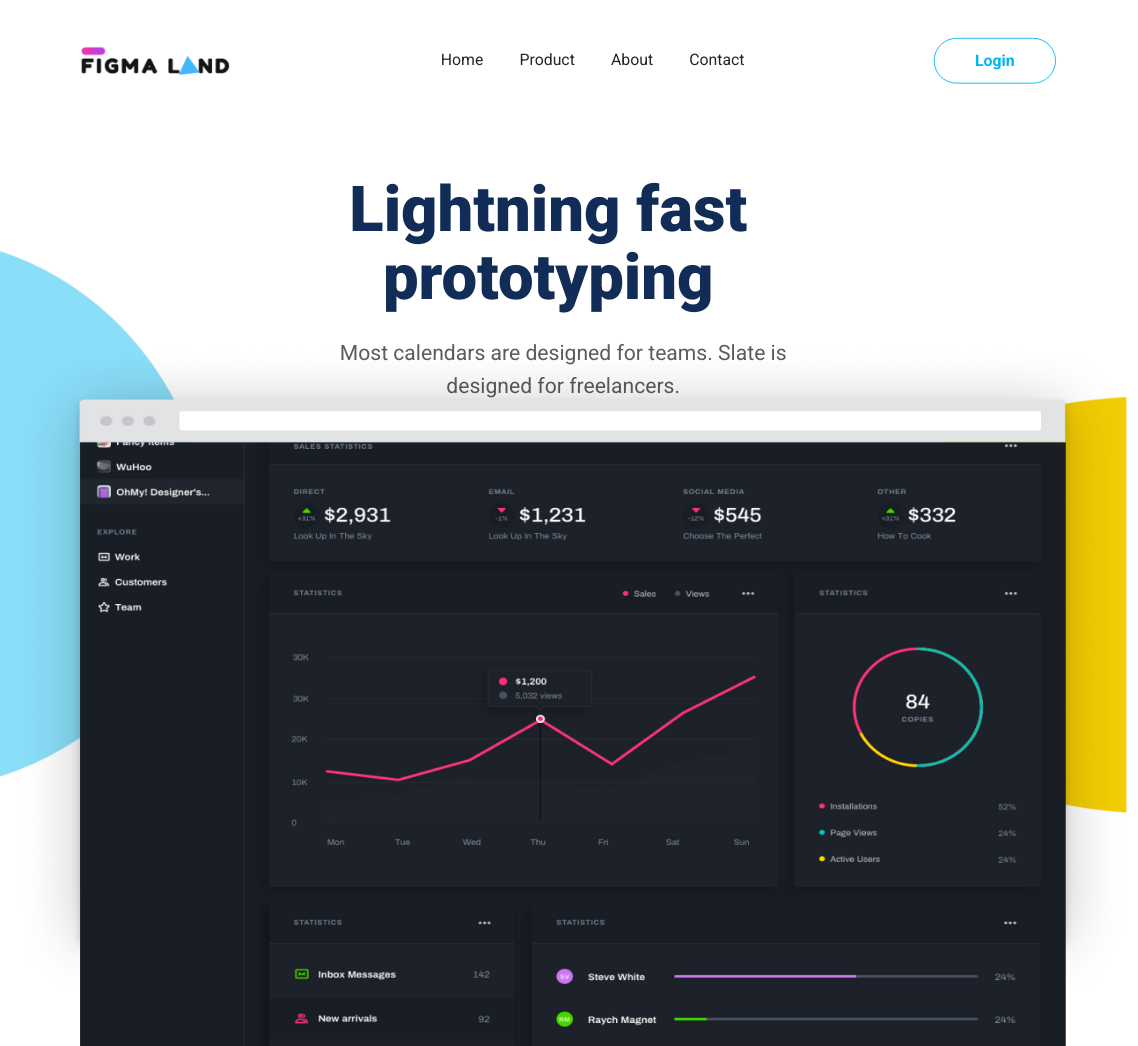
Repository: tungcutte35/Figma-Land
Page: sass/index.html
An editor plug-in stored every save of this project. The page is shown before and after the next save, followed by the edit.
The browser window is 1280 px wide. The page is 1290 px wide, then 1293 px, so the pictures cover 1293 px, including what lies to the right of the window. The pictures show the whole page, at 88% of full size.
The style sheet was rebuilt from its Sass, Less or Tailwind sources for each picture, by a compiler version that may differ from the author's.

Above is the page before, as saved 2021-10-23 16:58:07.

### sass/index.html
<!DOCTYPE html>
<html lang="en">
<head>
  <meta charset="UTF-8">
  <meta http-equiv="X-UA-Compatible" content="IE=edge">
  <meta name="viewport" content="width=device-width, initial-scale=1.0">
  <title>Figma Land</title>
  <link rel="stylesheet" href="./css/app.css">
  <link rel="preconnect" href="https://fonts.googleapis.com">
  <link rel="preconnect" href="https://fonts.gstatic.com" crossorigin>
  <link href="https://fonts.googleapis.com/css2?family=Roboto:wght@400;700;900&display=swap" rel="stylesheet">
</head>
<body>
 <div class="wrapper">
   <header class="header">
    <div class="container">
      <div class="header-container">
        <div class="header-img">
          <a href="#">
            <img srcset="./images/logo.png 2x" alt="">
          </a>
        </div>
        <ul class="menu">
          <li class="menu-item">
            <a href="#" class="menu-link">Home</a>
          </li>
          <li class="menu-item">
            <a href="#" class="menu-link">Product</a>
          </li>
          <li class="menu-item">
            <a href="#" class="menu-link">About</a>
          </li>
          <li class="menu-item">
            <a href="#" class="menu-link">Contact</a>
          </li>
        </ul>
        <div class="header-login">
          <button class="button button--outline">Login</button>
        </div>

      </div>
    </div>
   </header>
   <section class="lightning">
     <div class="container">
       <div class="lightning-container">
         <div class="lightning-header">
           <h2 class="lightning-heading">Lightning fast
            prototyping</h2>
           <p class="text lightning-content">
            Most calendars are designed for teams. Slate is
            designed for freelancers.
           </p>
           <div class="lightning-button">
             <button class="button button--primary">Get Started</button>
             <button class="button button--outline">Try For Free</button>
           </div>
         </div>
       </div>
       <img srcset="./images/img.png 2x" alt="" class="lightning-img">
         <img srcset="./images/Vector.png 2x" alt="" class="lightning-vector1">
         <img srcset="./images/Vector2.png 2x" alt="" class="lightning-vector2">
     </div>
   </section>

 </div>
</body>
</html>

### sass/app.scss
@import "./reset";
@import "./variables";
@import "./global";
@import "./header";
@import "./menu";
@import "./lightning";

### sass/_variables.scss
$font: "Roboto", sans-serif;
$primary-color: #00b6f0;
$heading-color: #20262a;
$text-color: #5c5c5c;
$secondary-color: #112d57;

### sass/_global.scss
.wrapper {
  max-width: 1282px;
  margin: 0 auto;
}
.container {
  max-width: 1160px;
  margin: 0 auto;
  padding: 0 20px;
}
body {
  font-family: $font;
  line-height: 1;
  font-size: 18px;
  color: $heading-color;
}
ul {
  list-style-type: none;
}
.button {
  display: inline-flex;
  justify-content: center;
  align-items: center;
  font-size: 18px;
  font-weight: 700;
  // height: 50px;
  line-height: 1;
  font-family: $font;
  padding: 16px 46px;
  border-radius: 85px;
  background-color: transparent;
  border: 0;
  outline: none;
  cursor: pointer;
  transition-duration: 0.4s;

  &--primary {
    color: #fff;
    background-color: $primary-color;
    &:hover {
      color: $primary-color;
      background-color: transparent;
      border: 1.4px solid $primary-color;
    }
  }
  &--outline {
    color: $primary-color;
    border: 1.4px solid $primary-color;
    &:hover {
      background-color: $primary-color;
      color: white;
    }
  }
}

.heading {
  color: $heading-color;
  font-weight: 700;
  font-size: 56px;
  line-height: calc(65 / 56);
}
.text {
  font-size: 24px;
  font-weight: 450;
  color: $text-color;
  line-height: calc(38 / 24);
}

### sass/_header.scss
.header {
  margin-top: 30px;
  margin-bottom: 91px;

  &-container {
    display: flex;
    justify-content: space-between;
    align-items: center;
  }
}

### sass/_menu.scss
.menu {
  display: flex;

  gap: 0 41px;
  &-item {
    display: flex;
    align-items: center;
    justify-content: center;
  }
  &-link {
    color: inherit;
    &:after {
      display: block;
      content: "";
      border-bottom: solid 2px $primary-color;
      transform: scaleX(0);
      transition: transform 250ms ease-in-out;
    }
    &:hover:after {
      transform: scaleX(1);
    }
    &:hover {
      color: $primary-color;
    }
  }
}

### sass/_lightning.scss
.lightning {
  margin-bottom: 100px;
  position: relative;

  &-container {
    display: flex;
    align-items: center;
    justify-content: center;
    gap: 0 25px;
  }
  &-header {
    text-align: center;
    max-width: 544px;
  }
  &-heading {
    max-width: 510px;
    font-weight: 900;
    font-size: 72px;
    line-height: calc(78 / 72);
    color: $secondary-color;
    margin-bottom: 27px;
  }
  &-content {
    margin-bottom: 84px;
  }
  &-button {
    display: flex;
    align-items: center;
    justify-content: center;
    gap: 0 25px;
    margin-bottom: 45px;
  }
  &-vector1 {
    position: absolute;
    left: -1%;
    bottom: -60%;
  }
  &-vector2 {
    position: absolute;
    right: 0;
    bottom: -65%;
  }
  &-img {
    position: absolute;
    bottom: -125%;
    left: 10px;
    z-index: 99;
    width: 100%;
    height: 803px;
  }
}

Loaded but not shown: sass/_reset.scss (common file)

After the next save:
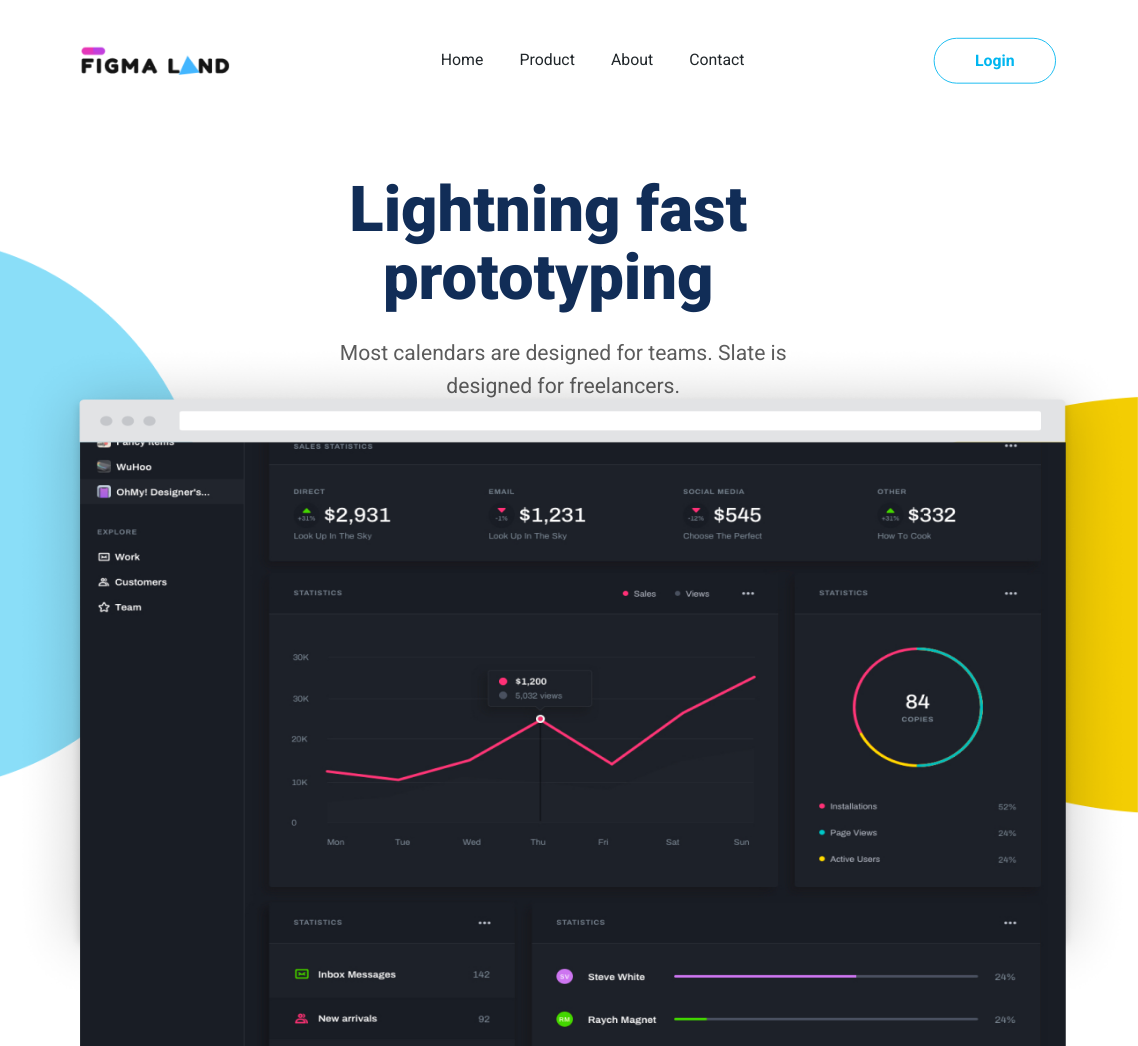
Saved 26 s later.
--- a/sass/_lightning.scss
+++ b/sass/_lightning.scss
@@ -37,7 +37,7 @@
   }
   &-vector2 {
     position: absolute;
-    right: 0;
+    right: -1%;
     bottom: -65%;
   }
   &-img {
